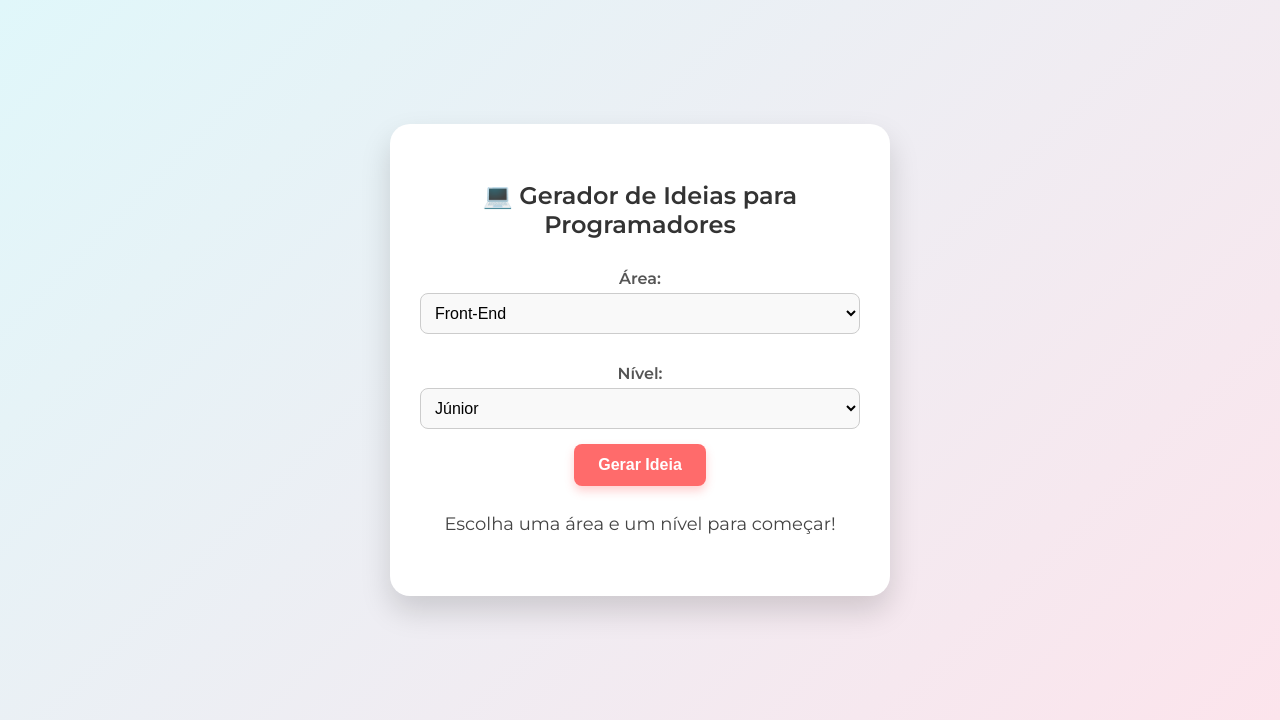
Repository: Wbyh7z/gerador-de-projeto
Page: index.html
These files come from the project's save history. The page is drawn as it stood at one moment and after the next save; the edit follows.
The browser window is 1280 px wide. The pictures show the whole page.

Above is the page before, as saved 2025-08-08 15:35:32.

### index.html
<!DOCTYPE html>
<html lang="pt-BR">
<head>
  <meta charset="UTF-8">
  <title>Gerador de Ideias para Devs</title>
  <link rel="stylesheet" href="style.css">
</head>
<body>
  <div class="container">
    <h1>💻 Gerador de Ideias para Programadores</h1>

    <label for="area">Área:</label>
    <select id="area">
      <option value="frontend">Front-End</option>
      <option value="backend">Back-End</option>
      <option value="fullstack">Full Stack</option>
    </select>

    <label for="nivel">Nível:</label>
    <select id="nivel">
      <option value="junior">Júnior</option>
      <option value="pleno">Pleno</option>
      <option value="senior">Sênior</option>
    </select>

    <button onclick="gerarIdeia()">Gerar Ideia</button>
    <p id="ideia">Escolha uma área e um nível para começar!</p>
  </div>

  <script src="script.js"></script>
</body>
</html>

### style.css
@import url('https://fonts.googleapis.com/css2?family=Montserrat:wght@400;600&display=swap');

* {
  box-sizing: border-box;
}

body {
  font-family: 'Montserrat', sans-serif;
  background: linear-gradient(135deg, #e0f7fa, #fce4ec);
  display: flex;
  justify-content: center;
  align-items: center;
  height: 100vh;
  margin: 0;
}

.container {
  background-color: #ffffff;
  padding: 40px 30px;
  border-radius: 20px;
  box-shadow: 0 15px 30px rgba(0, 0, 0, 0.15);
  text-align: center;
  max-width: 500px;
  width: 90%;
  transition: all 0.3s ease;
}

h1 {
  font-size: 24px;
  color: #333;
  margin-bottom: 30px;
}

label {
  display: block;
  margin: 15px 0 5px;
  font-weight: 600;
  color: #555;
}

select {
  width: 100%;
  padding: 10px;
  font-size: 16px;
  border-radius: 8px;
  border: 1px solid #ccc;
  margin-bottom: 15px;
  background-color: #f9f9f9;
  transition: border-color 0.3s ease;
}

select:focus {
  border-color: #ff6b6b;
  outline: none;
}

button {
  padding: 12px 24px;
  font-size: 16px;
  background-color: #ff6b6b;
  color: white;
  border: none;
  border-radius: 8px;
  cursor: pointer;
  font-weight: 600;
  box-shadow: 0 5px 10px rgba(255, 107, 107, 0.3);
  transition: background-color 0.3s ease, transform 0.2s ease;
}

button:hover {
  background-color: #ff4c4c;
  transform: scale(1.05);
}

#ideia {
  margin-top: 25px;
  font-size: 18px;
  color: #444;
  line-height: 1.5;
}

### script.js
const ideias = {
  frontend: {
    junior: [
      "Página de portfólio com HTML/CSS/JS",
      "Landing page responsiva com animações",
      "Clone de uma página famosa (Netflix, Spotify)"
    ],
    pleno: [
      "Dashboard com gráficos usando Chart.js",
      "App com React e consumo de API pública",
      "Sistema de temas claro/escuro com localStorage"
    ],
    senior: [
      "SPA com React + Redux + autenticação OAuth",
      "Editor de texto online com funcionalidades avançadas",
      "Aplicativo PWA com cache offline e notificações push"
    ]
  },
  backend: {
    junior: [
      "API REST simples com Node.js e Express",
      "Sistema de cadastro com SQLite",
      "Gerador de senhas seguras via terminal"
    ],
    pleno: [
      "Autenticação com JWT e MongoDB",
      "Sistema de agendamento com Express e PostgreSQL",
      "API com testes automatizados usando Jest"
    ],
    senior: [
      "Microserviços com Docker, Kafka e PostgreSQL",
      "Sistema de filas com RabbitMQ",
      "Serviço de envio de e-mails com logs e monitoramento"
    ]
  },
  fullstack: {
    junior: [
      "To-do list com React no front e Express no back",
      "Blog com painel admin simples",
      "Sistema de login com validação básica"
    ],
    pleno: [
      "E-commerce com carrinho, login e banco de dados",
      "Plataforma de receitas com upload de imagens",
      "Sistema de comentários com moderação"
    ],
    senior: [
      "Plataforma de cursos com vídeos, pagamentos e painel admin",
      "Sistema de chat em tempo real com WebSocket",
      "Aplicativo completo com CI/CD e testes automatizados"
    ]
  }
};

function gerarIdeia() {
  const area = document.getElementById("area").value;
  const nivel = document.getElementById("nivel").value;

  const lista = ideias[area][nivel];
  const ideia = lista[Math.floor(Math.random() * lista.length)];

  document.getElementById("ideia").textContent = `💡 ${ideia}`;
}

After the next save:
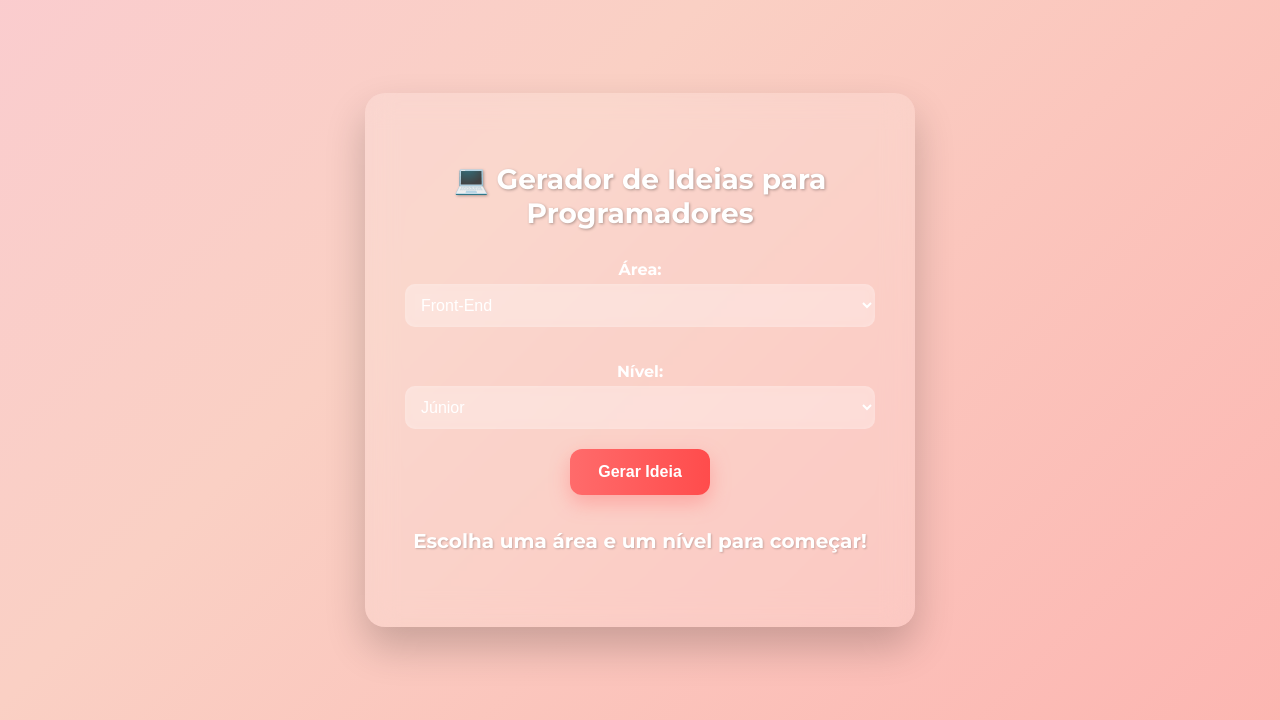
Saved 2 min 22 s later.
--- a/style.css
+++ b/style.css
@@ -1,4 +1,4 @@
-@import url('https://fonts.googleapis.com/css2?family=Montserrat:wght@400;600&display=swap');
+@import url('https://fonts.googleapis.com/css2?family=Montserrat:wght@400;700&display=swap');
 
 * {
   box-sizing: border-box;
@@ -6,75 +6,90 @@
 
 body {
   font-family: 'Montserrat', sans-serif;
-  background: linear-gradient(135deg, #e0f7fa, #fce4ec);
+  margin: 0;
+  height: 100vh;
   display: flex;
   justify-content: center;
   align-items: center;
-  height: 100vh;
-  margin: 0;
+  background: linear-gradient(-45deg, #ff9a9e, #fad0c4, #fbc2eb, #a1c4fd);
+  background-size: 400% 400%;
+  animation: gradientBG 15s ease infinite;
+}
+
+@keyframes gradientBG {
+  0% { background-position: 0% 50%; }
+  50% { background-position: 100% 50%; }
+  100% { background-position: 0% 50%; }
 }
 
 .container {
-  background-color: #ffffff;
-  padding: 40px 30px;
+  background: rgba(255, 255, 255, 0.15);
+  backdrop-filter: blur(15px);
   border-radius: 20px;
-  box-shadow: 0 15px 30px rgba(0, 0, 0, 0.15);
+  padding: 50px 40px;
+  box-shadow: 0 20px 40px rgba(0, 0, 0, 0.2);
   text-align: center;
-  max-width: 500px;
+  max-width: 550px;
   width: 90%;
+  color: #fff;
   transition: all 0.3s ease;
 }
 
 h1 {
-  font-size: 24px;
-  color: #333;
+  font-size: 28px;
+  font-weight: 700;
   margin-bottom: 30px;
+  text-shadow: 1px 1px 3px rgba(0, 0, 0, 0.3);
 }
 
 label {
   display: block;
   margin: 15px 0 5px;
   font-weight: 600;
-  color: #555;
+  font-size: 16px;
 }
 
 select {
   width: 100%;
-  padding: 10px;
+  padding: 12px;
   font-size: 16px;
-  border-radius: 8px;
-  border: 1px solid #ccc;
-  margin-bottom: 15px;
-  background-color: #f9f9f9;
-  transition: border-color 0.3s ease;
+  border-radius: 10px;
+  border: none;
+  margin-bottom: 20px;
+  background-color: rgba(255, 255, 255, 0.2);
+  color: #fff;
+  backdrop-filter: blur(5px);
+  box-shadow: inset 0 0 5px rgba(255, 255, 255, 0.3);
+  transition: background-color 0.3s ease;
 }
 
 select:focus {
-  border-color: #ff6b6b;
   outline: none;
+  background-color: rgba(255, 255, 255, 0.3);
 }
 
 button {
-  padding: 12px 24px;
+  padding: 14px 28px;
   font-size: 16px;
-  background-color: #ff6b6b;
+  font-weight: 700;
+  background: linear-gradient(90deg, #ff6b6b, #ff4c4c);
   color: white;
   border: none;
-  border-radius: 8px;
+  border-radius: 12px;
   cursor: pointer;
-  font-weight: 600;
-  box-shadow: 0 5px 10px rgba(255, 107, 107, 0.3);
-  transition: background-color 0.3s ease, transform 0.2s ease;
+  box-shadow: 0 8px 20px rgba(255, 107, 107, 0.4);
+  transition: transform 0.2s ease, box-shadow 0.3s ease;
 }
 
 button:hover {
-  background-color: #ff4c4c;
-  transform: scale(1.05);
+  transform: scale(1.08);
+  box-shadow: 0 10px 25px rgba(255, 107, 107, 0.6);
 }
 
 #ideia {
-  margin-top: 25px;
-  font-size: 18px;
-  color: #444;
-  line-height: 1.5;
+  margin-top: 30px;
+  font-size: 20px;
+  font-weight: 600;
+  line-height: 1.6;
+  text-shadow: 1px 1px 2px rgba(0, 0, 0, 0.2);
 }
